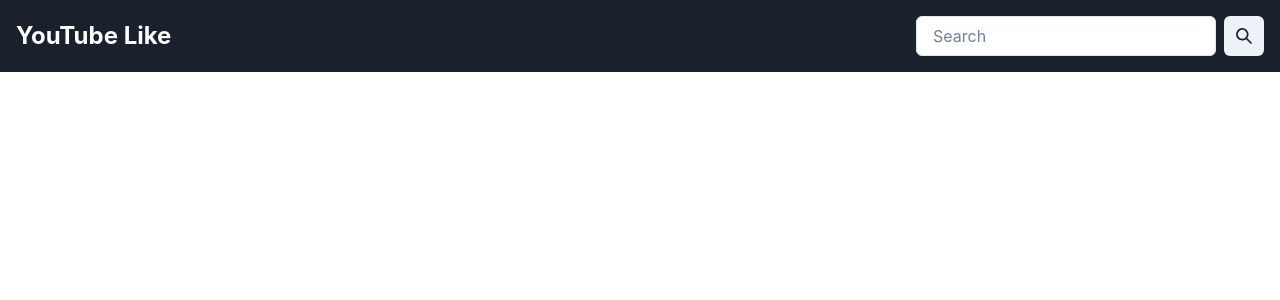
Repository: JuniorDevChris/YouTube-Engagement-Metrics
Page: /
The author's editor kept a copy of each file at every save. The page is drawn from the files as they stood at one save, then again after a run of saves.
The browser window is 1280 px wide. The pictures show the whole page.
The project was rebuilt for these pictures with package versions that can differ from the ones it lists, and the page was loaded fresh each time. Also part of the build but not shown: vite.config.ts, src/components/VideoCard.tsx, src/App.css.

Above is the page before, as saved 2024-07-16 22:58:08.

### src/main.tsx
import React from "react";
import { createRoot } from "react-dom/client";
import { ChakraProvider } from "@chakra-ui/react";
import App from "./App";
import "./index.css";

const container = document.getElementById("root")!;
const root = createRoot(container);

root.render(
  <React.StrictMode>
    <ChakraProvider>
      <App />
    </ChakraProvider>
  </React.StrictMode>
);

### src/App.tsx
import React, { useState } from "react";
import { Box, Center } from "@chakra-ui/react";
import VideoGrid from "./components/VideoGrid";
import Navbar from "./components/Navbar";
import "./App.css";

interface Video {
  id: string;
  title: string;
  thumbnail: string;
  likes?: number;
  dislikes?: number;
}

function App() {
  const [query, setQuery] = useState<string>("");
  const [videos, setVideos] = useState<Video[]>([]);
  const [error, setError] = useState<string>("");
  const [loading, setLoading] = useState<boolean>(false);

  const fetchVideoStats = async (videoId: string) => {
    try {
      const response = await fetch(
        `https://returnyoutubedislikeapi.com/Votes?videoId=${videoId}`
      );
      const data = await response.json();
      return { likes: data.likes, dislikes: data.dislikes };
    } catch (error) {
      console.error("Error fetching video stats:", error);
      return { likes: null, dislikes: null };
    }
  };

  const fetchVideos = async () => {
    try {
      setError("");
      setVideos([]);
      setLoading(true);
      const response = await fetch(
        `https://www.googleapis.com/youtube/v3/search?part=snippet&q=${query}&maxResults=6&type=video&key=${
          import.meta.env.VITE_YOUTUBE_API_KEY
        }`
      );
      const data = await response.json();
      if (data.items) {
        const videoResults: Video[] = await Promise.all(
          data.items.map(async (item: any) => {
            const stats = await fetchVideoStats(item.id.videoId);
            return {
              id: item.id.videoId,
              title: item.snippet.title,
              thumbnail: item.snippet.thumbnails.medium.url,
              likes: stats.likes,
              dislikes: stats.dislikes,
            };
          })
        );
        setVideos(videoResults);
      } else {
        setError("No videos found");
      }
    } catch (err) {
      console.error("Error fetching videos:", err);
      setError("Error fetching videos");
    } finally {
      setLoading(false);
    }
  };

  return (
    <Box height="100vh" display="flex" flexDirection="column">
      <Navbar query={query} setQuery={setQuery} fetchVideos={fetchVideos} />
      <Center flex="1" p={4}>
        {error && (
          <Box color="red.500" mb={2}>
            {error}
          </Box>
        )}
        <VideoGrid videos={videos} loading={loading} />
      </Center>
    </Box>
  );
}

export default App;

### src/components/VideoGrid.tsx
import { SimpleGrid, Spinner, AbsoluteCenter, Box } from "@chakra-ui/react";
import VideoCard from "./VideoCard";

interface Video {
  id: string;
  title: string;
  thumbnail: string;
  likes?: number;
  dislikes?: number;
}

interface VideoGridProps {
  videos: Video[];
  loading: boolean;
}

const VideoGrid: React.FC<VideoGridProps> = ({ videos, loading }) => {
  if (loading) {
    return (
      <AbsoluteCenter axis="both">
        <Spinner size="xl" />
      </AbsoluteCenter>
    );
  }

  return (
    <SimpleGrid columns={[1, 2, 3]} spacing={4} width="100%">
      {videos.map((video) => (
        <VideoCard key={video.id} {...video} />
      ))}
    </SimpleGrid>
  );
};

export default VideoGrid;

### src/components/Navbar.tsx
import React from "react";
import { Flex, Box, Input, IconButton, Spacer } from "@chakra-ui/react";
import { SearchIcon } from "@chakra-ui/icons";

interface NavbarProps {
  query: string;
  setQuery: (query: string) => void;
  fetchVideos: () => void;
}

const Navbar: React.FC<NavbarProps> = ({ query, setQuery, fetchVideos }) => {
  const handleKeyDown = (event: React.KeyboardEvent<HTMLInputElement>) => {
    if (event.key === "Enter") {
      fetchVideos();
    }
  };

  return (
    <Flex
      as="nav"
      bg="gray.800"
      color="white"
      padding={4}
      align="center"
      width="100%"
      position="fixed"
      top="0"
      zIndex="1000"
    >
      <Box fontSize="2xl" fontWeight="bold">
        YouTube Like
      </Box>
      <Spacer />
      <Box display="flex">
        <Input
          placeholder="Search"
          value={query}
          onChange={(e) => setQuery(e.target.value)}
          onKeyDown={handleKeyDown}
          width="300px"
          bg="white"
          color="black"
        />
        <IconButton
          icon={<SearchIcon />}
          onClick={fetchVideos}
          aria-label="Search"
          ml={2}
        />
      </Box>
    </Flex>
  );
};

export default Navbar;

Loaded but not shown: index.html (common file); src/index.css (common file)

After the next 6 saves:
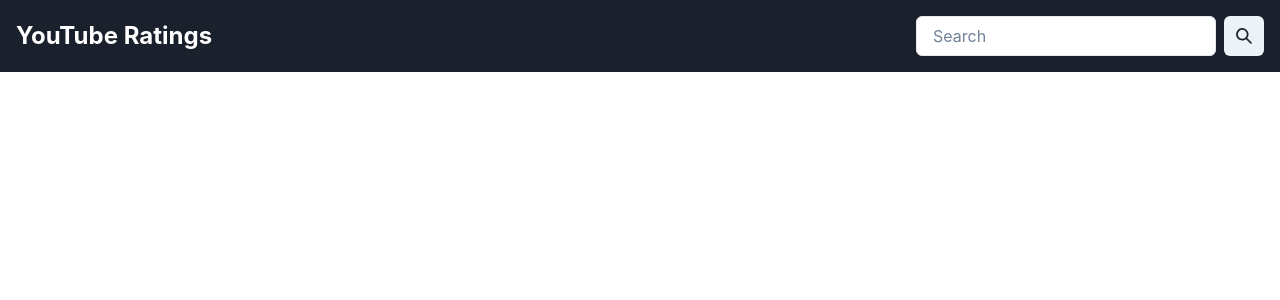
The 6 saves are shown as one change because they came seconds apart.
The last was saved 112 s later.
--- a/src/components/Navbar.tsx
+++ b/src/components/Navbar.tsx
@@ -28,7 +28,7 @@ const Navbar: React.FC<NavbarProps> = ({ query, setQuery, fetchVideos }) => {
       zIndex="1000"
     >
       <Box fontSize="2xl" fontWeight="bold">
-        YouTube Like
+        YouTube Ratings
       </Box>
       <Spacer />
       <Box display="flex">
